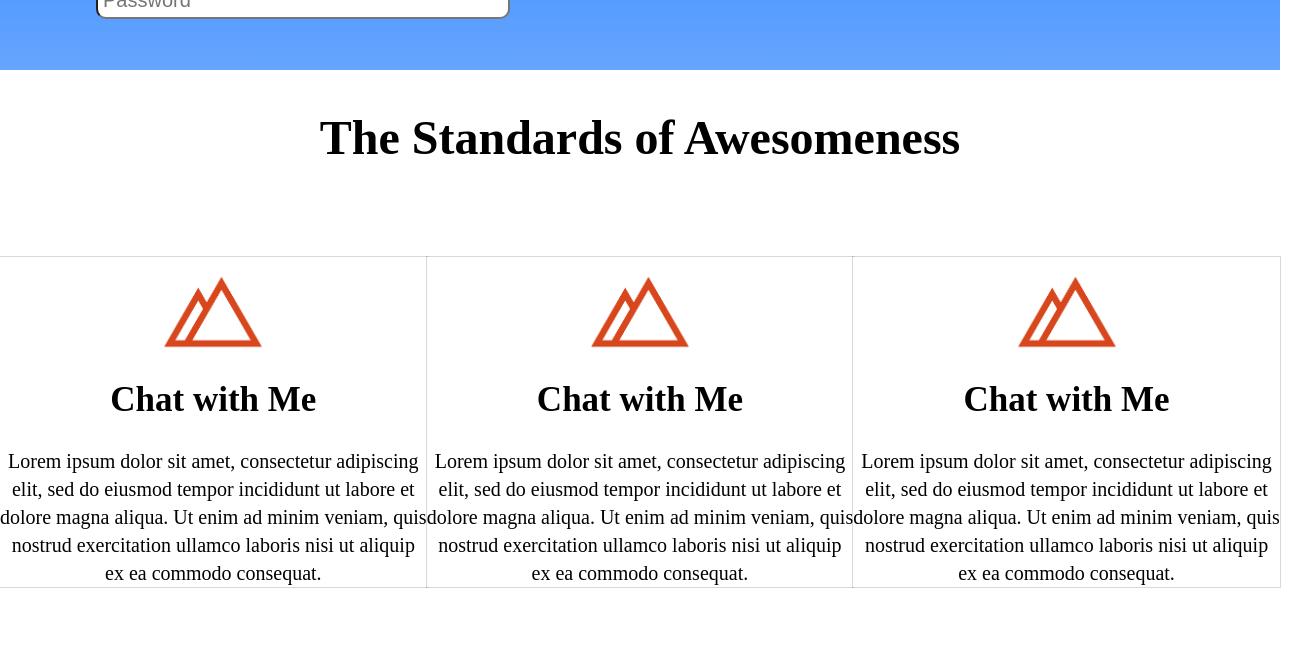
Repository: jesar-enl/My-CSS-Website
Page: index.html
The author's editor kept a copy of each file at every save. The page is drawn from the files as they stood at one save, then again after the next save.
The browser window is 1280 px wide. The page is 1296 px wide, so the pictures cover 1296 px, including what lies to the right of the window. The pictures show the part of the page from y = 430 to 1088 px (the page is 1088 px tall).

Above is the page before, as saved 2022-07-27 13:07:21.

### index.html
<!DOCTYPE html>
<html lang="en">
  <head>
    <meta charset="UTF-8" />
    <meta http-equiv="X-UA-Compatible" content="IE=edge" />
    <meta name="viewport" content="width=device-width, initial-scale=1.0" />
    <title>My CSS website</title>
    <link rel="stylesheet" href="style.css" />
  </head>
  <body>
    <nav>
      <ul class="topnav" id="dropdownClick">
        <li><a href="#home">Home</a></li>
        <li><a href="#contact">Contact</a></li>
        <li><a href="#news">News</a></li>
        <li><a href="#about">About</a></li>
        <li class="topnav-right"><a href="#signup">SignUp</a></li>
        <li class="topnav-right"><a href="#login">LogIn</a></li>

        <!--
          This unicode is called 'Trigram for Heaven'.
          It can be used to hide the menu when we shrink the screen to a mobile sized.

          Thousands of unicode characters can be accessed from the unicode table 'https://unicode-table.com/en/'
        -->

        <li class="dropdown">
          <!--
            Having the href like this is to inform the browser
            that perform this link as a javascript command,
            heading to nowhere. Stay around this page.
          -->

          <a href="javascript:void(0);" onclick="handleClick()">&#9776;</a>
        </li>
      </ul>
    </nav>

    <div class="container" id="section-1-gradient">
      <div class="row">
        <div class="col-6">
          <div class="leftSideCol">
            <h1 class="large">Crazy Radness</h1>
            <h1 class="large">Made for Developers</h1>
          </div>
          <form action="">
            <div class="leftSideCol">
              <h2>Username</h2>
              <input
                type="text"
                class="inputbox"
                placeholder="Username"
                name="username"
              />
              <h2>Password</h2>
              <input type="password" name="password" placeholder="Password" />
            </div>
          </form>
        </div>
        <div class="col-6">
          <div class="rightSideCol videoContainer">
            <iframe
              width="560"
              height="315"
              src="https://www.youtube.com/embed/ZxKM3DCV2kE"
              title="YouTube video player"
              frameborder="0"
              allow="accelerometer; autoplay; clipboard-write; encrypted-media; gyroscope; picture-in-picture"
              allowfullscreen
            ></iframe>
          </div>
        </div>
      </div>
    </div>

    <header>
      <h1 class="section-2-header">The Standards of Awesomeness</h1>
    </header>

    <div class="container">
      <div class="row">
        <div class="col-4">
          <div class="box">
            <div class="icon">
              <img class="dev" src="devslopes.png" alt="dev icon" />
            </div>
            <label for="">Chat with Me</label>
            <p>
              Lorem ipsum dolor sit amet, consectetur adipiscing elit, sed do
              eiusmod tempor incididunt ut labore et dolore magna aliqua. Ut
              enim ad minim veniam, quis nostrud exercitation ullamco laboris
              nisi ut aliquip ex ea commodo consequat.
            </p>
          </div>
        </div>
        <div class="col-4">
          <div class="box">
            <div class="icon">
              <img class="dev" src="devslopes.png" alt="dev icon" />
            </div>
            <label for="">Chat with Me</label>
            <p>
              Lorem ipsum dolor sit amet, consectetur adipiscing elit, sed do
              eiusmod tempor incididunt ut labore et dolore magna aliqua. Ut
              enim ad minim veniam, quis nostrud exercitation ullamco laboris
              nisi ut aliquip ex ea commodo consequat.
            </p>
          </div>
        </div>
        <div class="col-4">
          <div class="box">
            <div class="icon">
              <img class="dev" src="devslopes.png" alt="dev icon" />
            </div>
            <label for="">Chat with Me</label>
            <p>
              Lorem ipsum dolor sit amet, consectetur adipiscing elit, sed do
              eiusmod tempor incididunt ut labore et dolore magna aliqua. Ut
              enim ad minim veniam, quis nostrud exercitation ullamco laboris
              nisi ut aliquip ex ea commodo consequat.
            </p>
          </div>
        </div>
      </div>
    </div>
    <script src="index.js"></script>
  </body>
</html>

### style.css
/* ########## Defaults ########### */

nav,
header,
footer {
  display: block;
}

body {
  line-height: 1.5;
  margin: 0;
}

label {
  font-size: 35px;
  font-weight: 800;
}

p {
  font-size: 20px;
  line-height: 1.4;
}

.container {
  width: 100%;
  margin: auto;
  padding-top: 4%;
  padding-bottom: 4%;
}

.row {
  width: 100%;
  display: flex;
  flex-wrap: wrap;
  align-items: center;
}

.row::after {
  display: table;
  clear: both;
  content: '';
}

.col-1 {
  width: 8.33%;
}
.col-2 {
  width: 16.66%;
}
.col-3 {
  width: 25%;
}
.col-4 {
  width: 33.33%;
}
.col-5 {
  width: 41.66%;
}
.col-6 {
  width: 50%;
}
.col-7 {
  width: 58.33%;
}
.col-8 {
  width: 66.66%;
}
.col-9 {
  width: 75%;
}
.col-10 {
  width: 83.33%;
}
.col-11 {
  width: 91.66%;
}
.col-12 {
  width: 100%;
}

/* ######### Navigation Bar ######## */

nav {
  width: 100%;
  margin: 0;
}

nav ul {
  background-color: #eee;
  overflow: hidden;
  margin: 0;
  padding: 0;
}
/* the list-style removes the bullet points from the list items */
ul.topnav li {
  list-style: none;
  float: left;
}

ul.topnav li.topnav-right {
  float: right;
}

ul.topnav li a {
  display: block;
  text-decoration: none;
  min-height: 1.5rem;
  text-align: center;
  padding: 14px;
  text-transform: uppercase;
  color: #665;
}

ul.topnav li a:hover {
  background-color: #7ab6f3;
  color: #fff;
}

.dropdown {
  display: none;
}

/* #################### Custom styles ################## */

#section-1-gradient {
  background: #076dff;
  background: -webkit-gradient(#076dff, #65a5ff);
  background: -o-linear-gradient(#076dff, #65a5ff);
  background: -moz-linear-gradient(#076dff, #65a5ff);
  background: linear-gradient(#076dff, #65a5ff);
}

.box {
  text-align: center;
  margin: auto;
  background-color: #fff;
  /*
    The "box-shadow" syntax is as follows:

    box-shadow: horizontal-length vertical-length blur-radius spread-radius rgba(r, g, b, opacity);
  */
  box-shadow: 0 0 0 1px rgba(0, 0, 0, 0.15);
}

.leftSideCol {
  margin-left: 15%;
}

.rightSideCol {
  margin-left: 15%;
}

.large {
  color: #fff;
  font-size: 2.2rem;
  margin: 0;
  line-height: 1.7;
}

.section-2-header {
  font-size: 3rem;
  text-align: center;
}

input[type='text'] {
  font-size: 20px;
  width: 400px;
  min-width: 100px;
  padding: 5px;
  border-radius: 10px;
}

form h2 {
  color: #fff;
}

input[type='password'] {
  font-size: 20px;
  width: 400px;
  padding: 5px;
  min-width: 100px;
  border-radius: 10px;
}

.icon {
  width: 100%;
}

.dev {
  width: 110px;
  height: 110px;
}

/* ############ Media Query ########### */

@media screen and (max-width: 680px) {
  /*
    This tells the browser to hide all the list
    elements of the nav bar except the first one.
  */

  ul.topnav li:not(:nth-child(1)) {
    display: none;
  }

  ul.topnav li.dropdown {
    display: block;
    float: right;
  }

  ul.topnav.responsive li.dropdown {
    position: absolute;
    top: 0;
    right: 0;
  }

  ul.topnav.responsive {
    position: relative;
  }

  /* Places the list items in a row manner. */
  ul.topnav.responsive li {
    display: inline;
    float: none;
  }

  ul.topnav.responsive li a {
    /* displays the items in a manner of stacking on top of each other. */
    display: block;
    text-align: left;
  }

  .col-6 {
    width: 100%;
    margin: 0;
  }

  .rightSideCol {
    margin-top: 5%;
  }

  .videoContainer iframe {
    position: relative;
    width: 100%;
    margin: 0;
    overflow: hidden;
  }

  leftSideCol,
  rightSideCol {
    margin: 15px;
  }

  input[type='text'] {
    width: 300px;
  }

  input[type='password'] {
    width: 300px;
  }
}

@media screen and (max-width: 890px) {
  /*
    This tells the browser to hide all the list
    elements of the nav bar except the first one.
  */

  ul.topnav li:not(:nth-child(1)) {
    display: none;
  }

  ul.topnav li.dropdown {
    display: block;
    float: right;
  }

  ul.topnav.responsive li.dropdown {
    position: absolute;
    top: 0;
    right: 0;
  }

  ul.topnav.responsive {
    position: relative;
  }

  /* Places the list items in a row manner. */
  ul.topnav.responsive li {
    display: inline;
    float: none;
  }

  ul.topnav.responsive li a {
    /* displays the items in a manner of stacking on top of each other. */
    display: block;
    text-align: left;
  }

  .col-6 {
    width: 100%;
    margin: 0;
  }

  .rightSideCol {
    margin-top: 5%;
    max-width: 300px;
  }

  .videoContainer iframe {
    position: relative;
    width: 100%;
  }
}

### index.js
function handleClick() {
  var list = document.getElementById('dropdownClick');
  if (list.className === 'topnav') {
    list.className += ' responsive';
    // change topnav to topnav.responsive
  } else {
    list.className = 'topnav';
  }
}

After the next save:
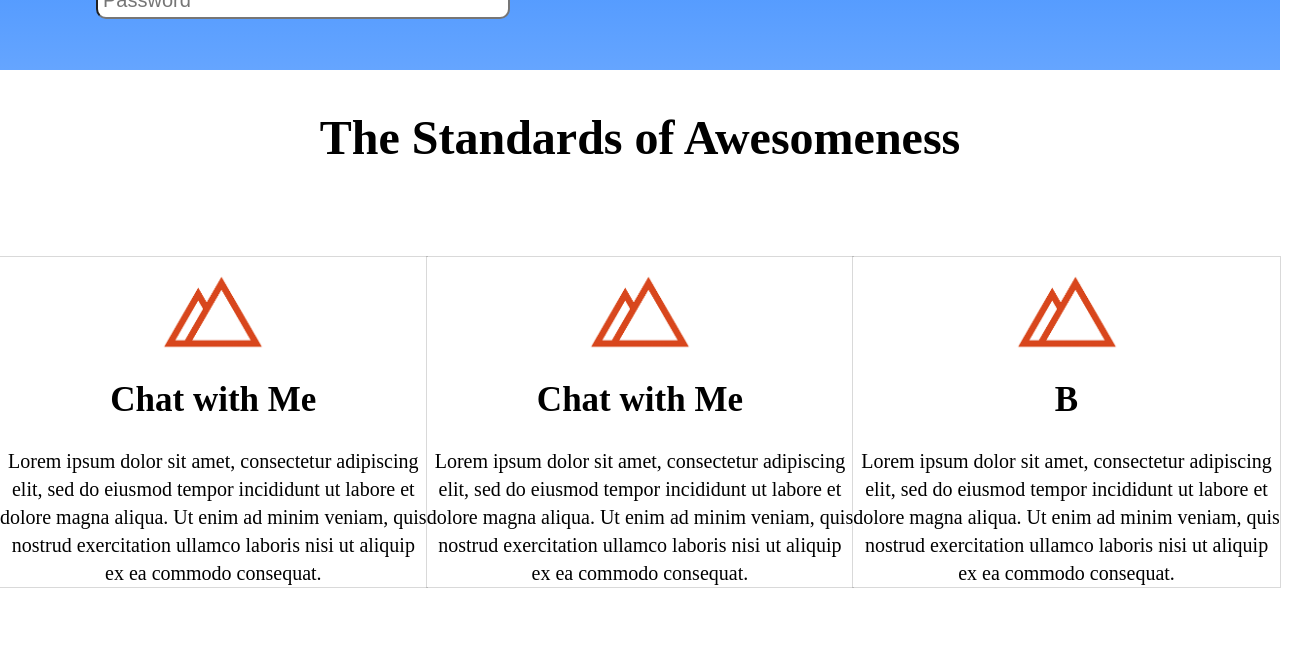
Saved 65 s later.
--- a/index.html
+++ b/index.html
@@ -112,7 +112,7 @@
             <div class="icon">
               <img class="dev" src="devslopes.png" alt="dev icon" />
             </div>
-            <label for="">Chat with Me</label>
+            <label for="">B</label>
             <p>
               Lorem ipsum dolor sit amet, consectetur adipiscing elit, sed do
               eiusmod tempor incididunt ut labore et dolore magna aliqua. Ut
